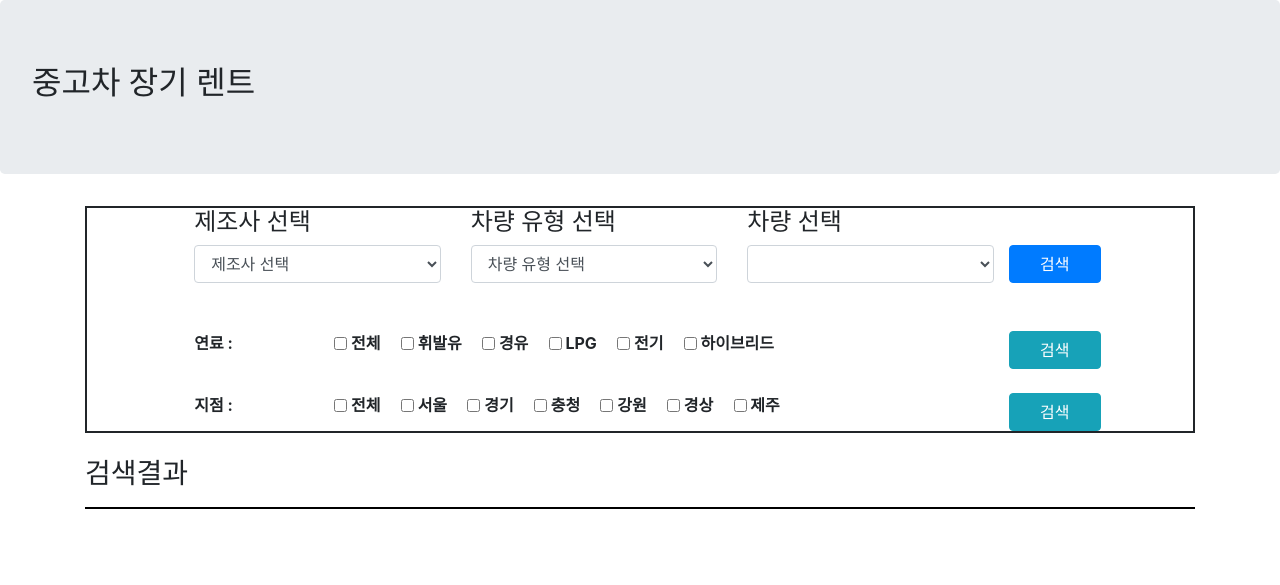
Repository: hyebinkim00/Project
Page: http://localhost/jsp/long_lent_oldcar/searchList.jsp
An editor plug-in stored every save of this project. The page is shown before and after the next save, followed by the edit.
The browser window is 1280 px wide. The pictures show the whole page.
The page is served by Tomcat 9. Other server files are loaded and not shown. Queries for data that is not in the repository find no rows.

Above is the page before, as saved 2020-09-22 01:35:34.

### jsp/WebContent/long_lent_oldcar/searchList.jsp
<%@page import="java.net.URLEncoder"%>
<%@ page language="java" contentType="text/html; charset=UTF-8"
    pageEncoding="UTF-8"%>
<%@taglib prefix="c" uri="http://java.sun.com/jsp/jstl/core" %>
<%@taglib prefix="sql" uri="http://java.sun.com/jsp/jstl/sql"  %>

<%
request.setCharacterEncoding("utf-8");
String facname1 =request.getParameter("sellist1");
String cartype1 =request.getParameter("sellist2");
String carnum1 =request.getParameter("sellist3");

String checkBoxes1[] =request.getParameterValues("example1");
String chekcBoxex2[] =request.getParameterValues("example2");
%>
<!DOCTYPE html>
<html>
<head>
<meta charset="UTF-8">
  <meta name="viewport" content="width=device-width, initial-scale=1">
  <script src="https://ajax.googleapis.com/ajax/libs/jquery/3.5.1/jquery.min.js"></script>

  <script src="https://cdnjs.cloudflare.com/ajax/libs/popper.js/1.16.0/umd/popper.min.js"></script>
  <script src="https://maxcdn.bootstrapcdn.com/bootstrap/4.5.2/js/bootstrap.min.js"></script>
  <link rel="stylesheet" href="../resources/css/bootstrap.min.css" />

<title>중고차 장기 검색</title>

<script>
function subtest(){
let a=documenet.getElementById("sellist2").value;
alert(a);
}
</script>

<script>
$(document).ready(function(){
	$("input:checkbox[name=example1]").on("click",function(){
		if(($('#sellist1').val()!='제조사 선택') && ($('#sellist2').val()=='차량 유형 선택')){
			alert('차량 유형을 선택하세요!');
			$("input:checkbox[name=example1]").prop("checked", false);
			$('#sellist2').focus();
			$('#tess1').prop("disabled",true);
		}
		else{$('#tess1').prop("disabled",false);}
		let cont=$("input:checkbox[name=example1]:checked").length;
		alert(cont);
		let cont5=$("input:checkbox[name=example1]:checked").val();
		if(cont5=='전체'){$("input:checkbox[name=example1]").not(this).prop("disabled", "disabled");
		$("input:checkbox[name=example1]").not(this).prop("checked", false);

		}else {
	            $("input[name=example1]:checkbox").prop("disabled",false);
	        }
		if(cont>2){
			$(this).prop("checked", false);
			alert("2개이상 선택 불가능 ");
		}

	});

});
</script>

<script>
$(document).ready(function(){
	$("input:checkbox[name=example2]").on("click",function(){
		if(($('#sellist1').val()!='제조사 선택') && ($('#sellist2').val()=='차량 유형 선택')){
			alert('차량 유형을 선택하세요!');
			$("input:checkbox[name=example2]").prop("checked", false);
			$('#sellist2').focus();
			$('#tess2').prop("disabled",true);
		}
		else{$('#tess1').prop("disabled",false);}
		let cont=$("input:checkbox[name=example2]:checked").length;
		alert(cont);
		let cont5=$("input:checkbox[name=example2]:checked").val();
		if(cont5=='전체'){$("input:checkbox[name=example2]").not(this).prop("disabled", "disabled");
		$("input:checkbox[name=example2]").not(this).prop("checked", false);

		}else {
	            $("input[name=example2]:checkbox").prop("disabled",false);
	        }



		if(cont>2){
			$(this).prop("checked", false);
			alert("2개이상 선택 불가능 ");
		}

	});

});
</script>
</head>
<body>
<script>
function goDate1(){
	let form= document.userinput;
	document.getElementById("sellist2").value=null;
	form.submit();

}
</script>

<script>
function goDate2(){
	let form= document.userinput;
	document.getElementById("sellist3").value=null;
	form.submit();

}
</script>



<script>
function optest(){
	if((($('#sellist1').val()!='제조사 선택')) && (($('#sellist2').val()=='차량 유형 선택')) && ($("input:checkbox[name=example1]:checked").length!=0) ){
		alert('차량 유형을 먼저 선택하세요');
	$("input:checkbox[name=example1]").prop("checked", false);
	}

}</script>



<div class="jumbotron">
<h2>중고차 장기 렌트</h2>
  </div>



  <div class="container">

  <div class="container" style="border:solid 2px;">
  <div class="row">
   <span class="col-sm-1">&nbsp;</span>
  <div class="col-sm-3"><h4>제조사 선택</h4></div>
  <div class="col-sm-3"><h4>차량 유형 선택</h4></div>
  <div class="col-sm-3"><h4>차량 선택</h4> </div>
   <span class="col-sm-2">&nbsp;</span>
   </div>
 <form method="post" action="#" name="userinput" >
    <div class="row" >
     <span class="col-sm-1">&nbsp;</span>
     <div class="col-sm-3">
     <sql:setDataSource var="dataSource"
			url="jdbc:oracle:thin:@localhost:1521:XE"
			driver="oracle.jdbc.driver.OracleDriver"
			user="hr" password="hr"/>

			<sql:query var="resultSet" dataSource="${dataSource}">
			select distinct facname from member
			</sql:query>

       <select  class="form-control" id="sellist1" name="sellist1" onchange="goDate1()" >
        <option>제조사 선택 </option>
        <c:forEach var="row" items="${resultSet.rows}">
        	<option value="<c:out value="${row.facname}"/>" <c:if test="${param.sellist1==row.facname}">selected</c:if>><c:out value="${row.facname}"/></option>
        </c:forEach>
      </select>
      </div>

      <sql:query var="resultSet" dataSource="${dataSource}">
			select distinct cartype from member where facname=?
			 <sql:param value="${param.sellist1}"/>
			</sql:query>

      <div class="col-sm-3">

      <select class="form-control" id="sellist2" name="sellist2" onchange="goDate2()"  >
        <option>차량 유형 선택</option>
        <option value="all" <c:if test="${param.sellist2=='all'}">selected</c:if>>전체</option>
       <c:forEach var="row" items="${resultSet.rows}">
				<option value="<c:out value="${row.cartype}"/>" <c:if test="${param.sellist2==row.cartype}">selected</c:if>><c:out value="${row.cartype}"/></option>
				</c:forEach>
      </select>
      </div>

      <div class="col-sm-3">
    <sql:query var="resultSet" dataSource="${dataSource}">
			select distinct carnum from member where facname=? and cartype=? order by carnum
			 <sql:param value="${param.sellist1}"/>
			 <sql:param value="${param.sellist2}"/>
			</sql:query>

			  <c:if test="${param.sellist2=='all'}">
      <sql:query var="resultSet" dataSource="${dataSource}">
       select distinct carnum from member where facname=? order by carnum
      <sql:param value="${param.sellist1}"/>
      </sql:query>
      </c:if>

      <select class="form-control" id="sellist3" name="sellist3" >
        <option disabled>차량 선택 </option>
       <c:forEach var="row" items="${resultSet.rows}">
				<option value="<c:out value="${row.carnum}"/>" <c:if test="${param.sellist3==row.carnum}">selected</c:if>><c:out value="${row.carnum}"/></option>
				</c:forEach>
      </select>
      </div>

 <input id="tess" type="submit" class="btn btn-primary col-sm-1" value="검색" onclick="optest()">


    </div>


  <br><br>


     <div class="row">
     <span class="col-sm-1"> &nbsp;&nbsp;&nbsp;</span>
    <span class="col-sm-1"><strong>연료 :</strong></span>

     <div class="col-sm-8">
      <span class="col-sm-1">&nbsp;&nbsp;&nbsp;</span>
     <c:if test="${not empty paramValues.example1 }">

     <c:set var="ff" value="${paramValues.example1[0]}"/>
     <c:set var="ff1" value="${paramValues.example1[1]}"/>
      </c:if>
    <div class="form-check-inline">
       <input <c:if test="${ff=='전체' or ff1=='전체'}">checked</c:if>  type="checkbox" value="전체" name="example1"><strong>&nbsp;전체&nbsp;</strong>
    </div>
    <div class="form-check-inline">
      <input <c:if test="${ff=='휘발유' or ff1=='휘발유'}">checked</c:if>   type="checkbox" value="휘발유" name="example1"><strong>&nbsp;휘발유&nbsp;</strong>
    </div>
     <div class="form-check-inline">
      <input <c:if test="${ff=='경유' or ff1=='경유'}">checked</c:if>    type="checkbox" value="경유" name="example1"><strong>&nbsp;경유&nbsp;</strong>
    </div>
     <div class="form-check-inline">
      <input <c:if test="${ff=='LPG' or ff1=='LPG'}">checked</c:if>   type="checkbox" value="LPG" name="example1"><strong>&nbsp;LPG&nbsp;</strong>
    </div>
    <div class="form-check-inline">
      <input  <c:if test="${ff=='전기' or ff1=='전기'}">checked</c:if>    type="checkbox" value="전기" name="example1"><strong>&nbsp;전기&nbsp;</strong>
    </div>
    <div class="form-check-inline">
      <input <c:if test="${ff=='하이브리드' or ff1=='하이브리드'}">checked</c:if>   type="checkbox" value="하이브리드" name="example1"><strong>&nbsp;하이브리드&nbsp;</strong>
    </div>
    <c:remove var="ff"/>
    <c:remove var="ff1"/>
    </div>



   <input id="tess1" type="submit" value="검색" class= "btn btn-info col-sm-1" onclick="optest()">
  </div>





  <br>


     <div class="row">
     <span class="col-sm-1">&nbsp;&nbsp;&nbsp;</span>
    <span class="col-sm-1"><strong>지점 :</strong></span>

    <div class="col-sm-8">
     <span class="col-sm-1">&nbsp;&nbsp;&nbsp;</span>
       <c:if test="${not empty paramValues.example2 }">

     <c:set var="dd" value="${paramValues.example2[0]}"/>
     <c:set var="dd1" value="${paramValues.example2[1]}"/>
      </c:if>
    <div class="form-check-inline">
       <input <c:if test="${dd=='전체' or dd1=='전체'}">checked</c:if> type="checkbox" value="전체" name="example2"><strong>&nbsp;전체&nbsp;</strong>
    </div>

    <div class="form-check-inline">
      <input  <c:if test="${dd=='서울' or dd1=='서울'}">checked</c:if> type="checkbox" value="서울" name="example2"><strong>&nbsp;서울&nbsp;</strong>
    </div>

     <div class="form-check-inline">
      <input  <c:if test="${dd=='경기' or dd1=='경기'}">checked</c:if> type="checkbox" value="경기" name="example2"><strong>&nbsp;경기&nbsp;</strong>
    </div>

     <div class="form-check-inline">
      <input  <c:if test="${dd=='충청' or dd1=='충청'}">checked</c:if> type="checkbox" value="충청" name="example2"><strong>&nbsp;충청&nbsp;</strong>
    </div>

    <div class="form-check-inline">
      <input <c:if test="${dd=='강원' or dd1=='강원'}">checked</c:if> type="checkbox" value="강원" name="example2"><strong>&nbsp;강원&nbsp;</strong>
    </div>

    <div class="form-check-inline">
      <input <c:if test="${dd=='경상' or dd1=='경상'}">checked</c:if> type="checkbox" value="경상" name="example2"><strong>&nbsp;경상&nbsp;</strong>
    </div>

    <div class="form-check-inline">
      <input <c:if test="${dd=='제주' or dd1=='제주'}">checked</c:if> type="checkbox" value="제주" name="example2"><strong>&nbsp;제주&nbsp;</strong>
    </div>
     <c:remove var="dd"/>
    <c:remove var="dd1"/>
    </div>
    <input id="tess2" type="submit" value="검색" class="btn btn-info col-sm-1" onclick="optest()">
  </div>
    </form>


  </div>
</div>



<div class="container">
<br>
<h3>검색결과</h3>
<hr style="border: solid 1px black " />

<div class="row" >

<sql:setDataSource var="dataSource"
			url="jdbc:oracle:thin:@localhost:1521:XE"
			driver="oracle.jdbc.driver.OracleDriver"
			user="hr" password="hr"/>



<c:choose>
<c:when test="${param.sellist1==null or param.sellist2==null or param.sellist3==null}">
<sql:query var="resultSet" dataSource="${dataSource}">
			select * from member
			</sql:query>

<c:if test="${not empty paramValues.example1 and empty paramValues.example2}">
 	<c:set var="ff" value="${paramValues.example1[0]}"/>
    <c:set var="ff1" value="${paramValues.example1[1]}"/>

<sql:query var="resultSet" dataSource="${dataSource}">
select * from member where fuel=? or fuel=?
 <sql:param value="${ff}"/>
 <sql:param value="${ff1}"/>

</sql:query>

 <c:if test="${ff=='전체'}">
		<sql:query var="resultSet" dataSource="${dataSource}">
			select * from member
			</sql:query>
  </c:if>

</c:if>

  <c:if test="${empty paramValues.example1 and  not empty paramValues.example2 }">

 <c:set var="dd" value="${paramValues.example2[0]}"/>
     <c:set var="dd1" value="${paramValues.example2[1]}"/>
<sql:query var="resultSet" dataSource="${dataSource}">
select * from member where lentoffice=? or lentoffice=?

 <sql:param value="${dd}"/>
 <sql:param value="${dd1}"/>

</sql:query>

 <c:if test="${dd=='전체'}">
		<sql:query var="resultSet" dataSource="${dataSource}">
			select * from member
			</sql:query>
  </c:if>

</c:if>

  <c:if test="${not empty paramValues.example1 and not empty paramValues.example2}">
 <c:set var="ff" value="${paramValues.example1[0]}"/>
     <c:set var="ff1" value="${paramValues.example1[1]}"/>
      <c:set var="dd" value="${paramValues.example2[0]}"/>
     <c:set var="dd1" value="${paramValues.example2[1]}"/>

<sql:query var="resultSet" dataSource="${dataSource}">
select * from (select * from member where fuel=? or fuel=?) where lentoffice=? or lentoffice=?


 <sql:param value="${ff}"/>
 <sql:param value="${ff1}"/>
  <sql:param value="${dd}"/>
 <sql:param value="${dd1}"/>
</sql:query>


 <c:if test="${ff=='전체' and dd=='전체'}">
		<sql:query var="resultSet" dataSource="${dataSource}">
			select * from member
			</sql:query>
  </c:if>

  <c:if test="${ff=='전체' and dd!='전체'}">
		<sql:query var="resultSet" dataSource="${dataSource}">
			select * from member where lentoffice=? or lentoffice=?
			  <sql:param value="${dd}"/>
 			<sql:param value="${dd1}"/>
			</sql:query>
  </c:if>
    <c:if test="${ff!='전체' and dd=='전체'}">
		<sql:query var="resultSet" dataSource="${dataSource}">
			select * from member where fuel=? or fuel=?
			<sql:param value="${ff}"/>
 			<sql:param value="${ff1}"/>
			</sql:query>
  </c:if>


</c:if>
</c:when>

	<c:when test="${empty paramValues.example1 and not empty param.sellist3 and not empty paramValues.example2}">

	<sql:query var="resultSet" dataSource="${dataSource}">
	<c:set var="dd" value="${paramValues.example2[0]}"/>
     <c:set var="dd1" value="${paramValues.example2[1]}"/>
	select * from member where facname=? and cartype=? and carnum=? and lentoffice=? or lentoffice=?
	<sql:param value="${param.sellist1}"></sql:param>
	<sql:param value="${param.sellist2}"></sql:param>
	<sql:param value="${param.sellist3}"></sql:param>
	 <sql:param value="${dd}"/>
	  <sql:param value="${dd1}"/>
	</sql:query>


	<c:if test="${param.sellist2=='all' and dd!='전체'}">
	<sql:query var="resultSet" dataSource="${dataSource}">
	select * from member where facname=? and carnum=? and lentoffice=? or lentoffice=?
	<sql:param value="${param.sellist1}"></sql:param>
	<sql:param value="${param.sellist3}"></sql:param>
	<sql:param value="${dd}"/>
	  <sql:param value="${dd1}"/>
	</sql:query>
	</c:if>

	 <c:if test="${param.sellist2!='all' and  dd=='전체'}">
		<sql:query var="resultSet" dataSource="${dataSource}">
		select * from member where facname=? and cartype=? and carnum=?
	<sql:param value="${param.sellist1}"></sql:param>
	<sql:param value="${param.sellist2}"></sql:param>
	<sql:param value="${param.sellist3}"></sql:param>
			</sql:query>
  </c:if>

  <c:if test="${param.sellist2=='all' and dd=='전체'}">
	<sql:query var="resultSet" dataSource="${dataSource}">
	select * from member where facname=? and carnum=?
	<sql:param value="${param.sellist1}"></sql:param>
	<sql:param value="${param.sellist3}"></sql:param>

	</sql:query>
	</c:if>

</c:when>

	<c:when test="${empty paramValues.example1 and not empty param.sellist3 and empty paramValues.example2}">

	<sql:query var="resultSet" dataSource="${dataSource}">

	select * from member where facname=? and cartype=? and carnum=?
	<sql:param value="${param.sellist1}"></sql:param>
	<sql:param value="${param.sellist2}"></sql:param>
	<sql:param value="${param.sellist3}"></sql:param>

	</sql:query>


	<c:if test="${param.sellist2=='all'}">
	<sql:query var="resultSet" dataSource="${dataSource}">
	select * from member where facname=? and carnum=?
	<sql:param value="${param.sellist1}"></sql:param>
	<sql:param value="${param.sellist3}"></sql:param>
	</sql:query>
	</c:if>
</c:when>

<c:when test="${not empty paramValues.example1 and not empty param.sellist3 and  empty paramValues.example2}">

	<sql:query var="resultSet" dataSource="${dataSource}">
	<c:set var="ff" value="${paramValues.example1[0]}"/>
     <c:set var="ff1" value="${paramValues.example1[1]}"/>

select * from (select * from member where facname=? and cartype=? and carnum=?) where  fuel=? or fuel=?
	<sql:param value="${param.sellist1}"></sql:param>
	<sql:param value="${param.sellist2}"></sql:param>
	<sql:param value="${param.sellist3}"></sql:param>
	 <sql:param value="${ff}"/>
	  <sql:param value="${ff1}"/>
	</sql:query>


	<c:if test="${param.sellist2=='all' and ff!='전체'}">
	<sql:query var="resultSet" dataSource="${dataSource}">
	select * from (select * from member where facname=? and carnum=?) where fuel=? or fuel=?
	<sql:param value="${param.sellist1}"></sql:param>
	<sql:param value="${param.sellist3}"></sql:param>
	<sql:param value="${ff}"/>
	  <sql:param value="${ff1}"/>
	</sql:query>
	</c:if>

	 <c:if test="${param.sellist2!='all' and  ff=='전체'}">
		<sql:query var="resultSet" dataSource="${dataSource}">
		select * from member where facname=? and cartype=? and carnum=?
	<sql:param value="${param.sellist1}"></sql:param>
	<sql:param value="${param.sellist2}"></sql:param>
	<sql:param value="${param.sellist3}"></sql:param>
			</sql:query>
  </c:if>

  <c:if test="${param.sellist2=='all' and ff=='전체'}">
	<sql:query var="resultSet" dataSource="${dataSource}">
	select * from member where facname=? and carnum=?
	<sql:param value="${param.sellist1}"></sql:param>
	<sql:param value="${param.sellist3}"></sql:param>

	</sql:query>
	</c:if>

</c:when>


<c:when test="${not empty paramValues.example1 and not empty param.sellist3 and not empty paramValues.example2 and param.sellist2 !='all'}">
	<c:set var="ff" value="${paramValues.example1[0]}"/>
     <c:set var="ff1" value="${paramValues.example1[1]}"/>
      <c:set var="dd" value="${paramValues.example2[0]}"/>
     <c:set var="dd1" value="${paramValues.example2[1]}"/>

<sql:query var="resultSet" dataSource="${dataSource}">
select * from (select * from member where facname=? and cartype=? and carnum=?)
where fuel=? or fuel=? and  lentoffice=? or lentoffice=?

<sql:param value="${param.sellist1}"></sql:param>
<sql:param value="${param.sellist2}"></sql:param>
<sql:param value="${param.sellist3}"></sql:param>
 <sql:param value="${ff}"/>
 <sql:param value="${ff1}"/>
  <sql:param value="${dd}"/>
 <sql:param value="${dd1}"/>
</sql:query>

 <c:if test="${ff=='전체' and dd=='전체'}">
		<sql:query var="resultSet" dataSource="${dataSource}">
	select * from member where facname=? and cartype=? and carnum=?
	<sql:param value="${param.sellist1}"></sql:param>
	<sql:param value="${param.sellist2}"></sql:param>
	<sql:param value="${param.sellist3}"></sql:param>
			</sql:query>
  </c:if>

  <c:if test="${ff=='전체' and dd!='전체'}">
		<sql:query var="resultSet" dataSource="${dataSource}">
			select * from (select * from member where facname=? and cartype=? and carnum=?) where  lentoffice=? or lentoffice=?

			<sql:param value="${param.sellist1}"></sql:param>
			<sql:param value="${param.sellist2}"></sql:param>
			<sql:param value="${param.sellist3}"></sql:param>
			<sql:param value="${dd}"/>
 			<sql:param value="${dd1}"/>
			</sql:query>
  </c:if>
    <c:if test="${ff!='전체' and dd=='전체'}">
		<sql:query var="resultSet" dataSource="${dataSource}">
			select * from (select * from member where facname=? and cartype=? and carnum=?) where fuel=? or fuel=?

			<sql:param value="${param.sellist1}"></sql:param>
			<sql:param value="${param.sellist2}"></sql:param>
			<sql:param value="${param.sellist3}"></sql:param>
			<sql:param value="${ff}"/>
 			<sql:param value="${ff1}"/>
			</sql:query>
  </c:if>


</c:when>

<c:when test="${not empty paramValues.example1 and not empty param.sellist3 and not empty paramValues.example2 and param.sellist2 =='all'}">
	<c:set var="ff" value="${paramValues.example1[0]}"/>
     <c:set var="ff1" value="${paramValues.example1[1]}"/>
      <c:set var="dd" value="${paramValues.example2[0]}"/>
     <c:set var="dd1" value="${paramValues.example2[1]}"/>

<sql:query var="resultSet" dataSource="${dataSource}">
select * from (select * from member where facname=?  and carnum=?)
where fuel=? or fuel=? and  lentoffice=? or lentoffice=?

<sql:param value="${param.sellist1}"></sql:param>
<sql:param value="${param.sellist3}"></sql:param>
 <sql:param value="${ff}"/>
 <sql:param value="${ff1}"/>
  <sql:param value="${dd}"/>
 <sql:param value="${dd1}"/>
</sql:query>

 <c:if test="${ff=='전체' and dd=='전체'}">
		<sql:query var="resultSet" dataSource="${dataSource}">
	select * from member where facname=?  and carnum=?
	<sql:param value="${param.sellist1}"></sql:param>
	<sql:param value="${param.sellist3}"></sql:param>
			</sql:query>
  </c:if>

  <c:if test="${ff=='전체' and dd!='전체'}">
		<sql:query var="resultSet" dataSource="${dataSource}">
			select * from (select * from member where facname=? and carnum=?) where  lentoffice=? or lentoffice=?

			<sql:param value="${param.sellist1}"></sql:param>
			<sql:param value="${param.sellist3}"></sql:param>
			<sql:param value="${dd}"/>
 			<sql:param value="${dd1}"/>
			</sql:query>
  </c:if>
    <c:if test="${ff!='전체' and dd=='전체'}">
		<sql:query var="resultSet" dataSource="${dataSource}">
			select * from (select * from member where facname=? and carnum=?) where fuel=? or fuel=?

			<sql:param value="${param.sellist1}"></sql:param>
			<sql:param value="${param.sellist3}"></sql:param>
			<sql:param value="${ff}"/>
 			<sql:param value="${ff1}"/>
			</sql:query>
  </c:if>


</c:when>







<c:otherwise>선택 항목 없음</c:otherwise>

</c:choose>
</div>

<div class="container row">
		<c:forEach var="row" items="${resultSet.rows}">

		<c:url value="carLent.jsp" var="url"> <c:param name="carname" value="${row.id}" /></c:url>
  <div onclick="location.href='${url}'" class="card col-sm-6 " >
    <div class="row">
   <img class="card-img-top col-sm-7" src="../resources/images/${row.carname}.jpg" alt="Card image" width="150" height="150">
    <span class="col-sm-5"><br><br><br><strong> [<c:out value="${row.facname}"/>]<c:out value="${row.carname}"/></strong></span>
    </div>
    <div class="card-body">
    <div class="row">
    <div class="col-sm-6">
      <button type="button" class="btn btn-outline-dark " disabled>소비자가</button>
      <strong><c:out value="${row.carPrice }"></c:out></strong></div>
      <div class="col-sm-6">
      <button type="button" class="btn btn-outline-danger" >월 렌탈료</button>
      <strong style="color:red"><c:out value="${row.monthPrice }"></c:out>원~</strong></div>
     </div>
      <hr style="border:1px solid"></hr>
      <div class="row">
      <ul class="col-sm-6">
      <li>차량번호 <span>${row.id}</span></li>
      <li>차량유형 <span>${row.cartype}</span></li>

      </ul>
      <ul class="col-sm-6">
      <li>연료 <span>${row.fuel}</span></li>
      <li>지점 <span>${row.lentoffice }</span></li>
      </ul>
     </div>

    </div>
  </div>
</c:forEach>
 </div>
    <c:remove var="ff"/>
    <c:remove var="ff1"/>

    <c:remove var="dd"/>
    <c:remove var="dd1"/>


  </div>







</body>
</html>

Loaded but not shown: jsp/WebContent/resources/css/bootstrap.min.css (library)

After the next save:
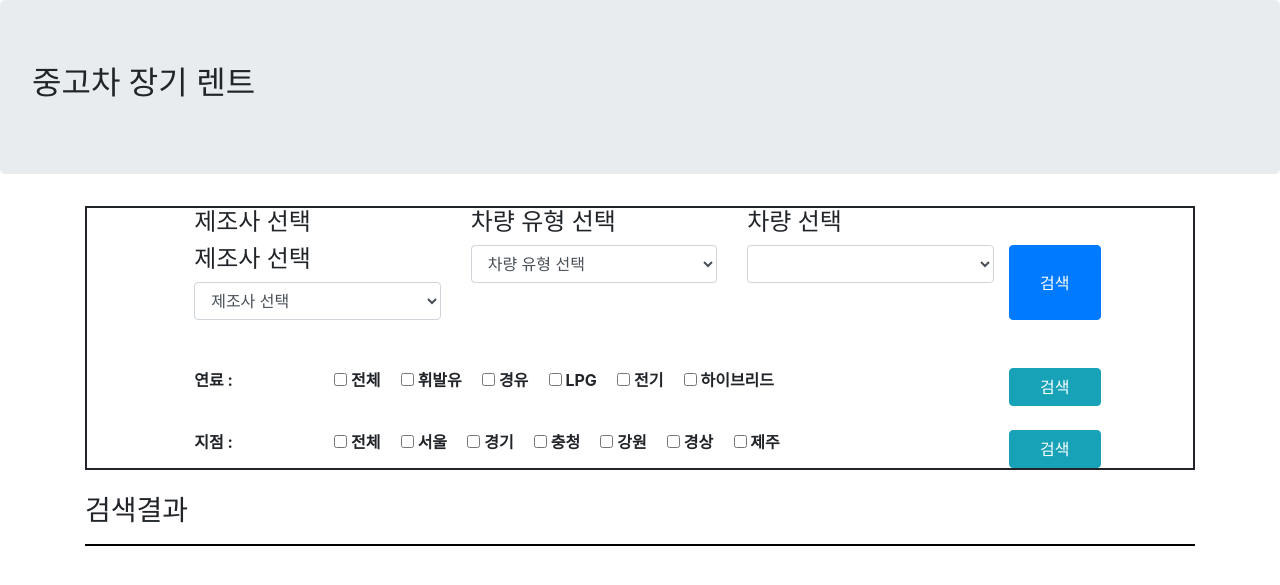
Saved 2 h 2 min later.
--- a/jsp/WebContent/long_lent_oldcar/searchList.jsp
+++ b/jsp/WebContent/long_lent_oldcar/searchList.jsp
@@ -154,7 +154,7 @@ function optest(){
 			<sql:query var="resultSet" dataSource="${dataSource}">
 			select distinct facname from member
 			</sql:query>
-
+		<h4>제조사 선택</h4>
        <select  class="form-control" id="sellist1" name="sellist1" onchange="goDate1()" >
         <option>제조사 선택 </option>
         <c:forEach var="row" items="${resultSet.rows}">
